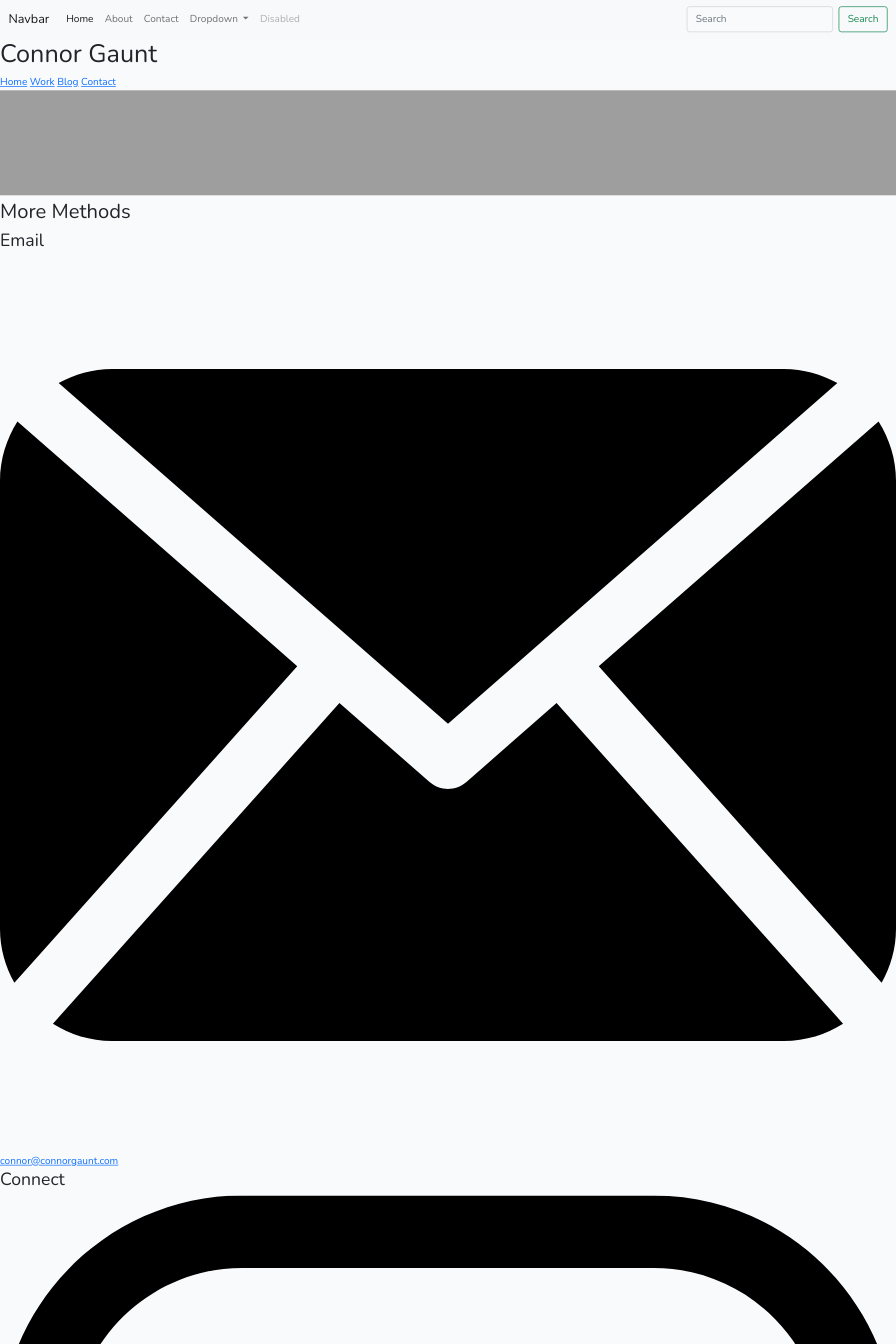
Repository: Aram5864/aaa
Page: http://localhost/contact
The author's editor kept a copy of each file at every save. The page is drawn from the files as they stood at one save, then again after the next save.
The browser window is 1280 px wide. The pictures show the part of the page from y = 0 to 1920 px (the page is 6286 px tall before and 6212 px after), at 70% of full size.
Pictures or frames that could not be fetched are drawn as grey boxes. The page is served by the project's Laravel application, run on PHP 8.4 with Laravel 8.

Above is the page before, as saved 2022-04-04 11:41:46.

After the next save:
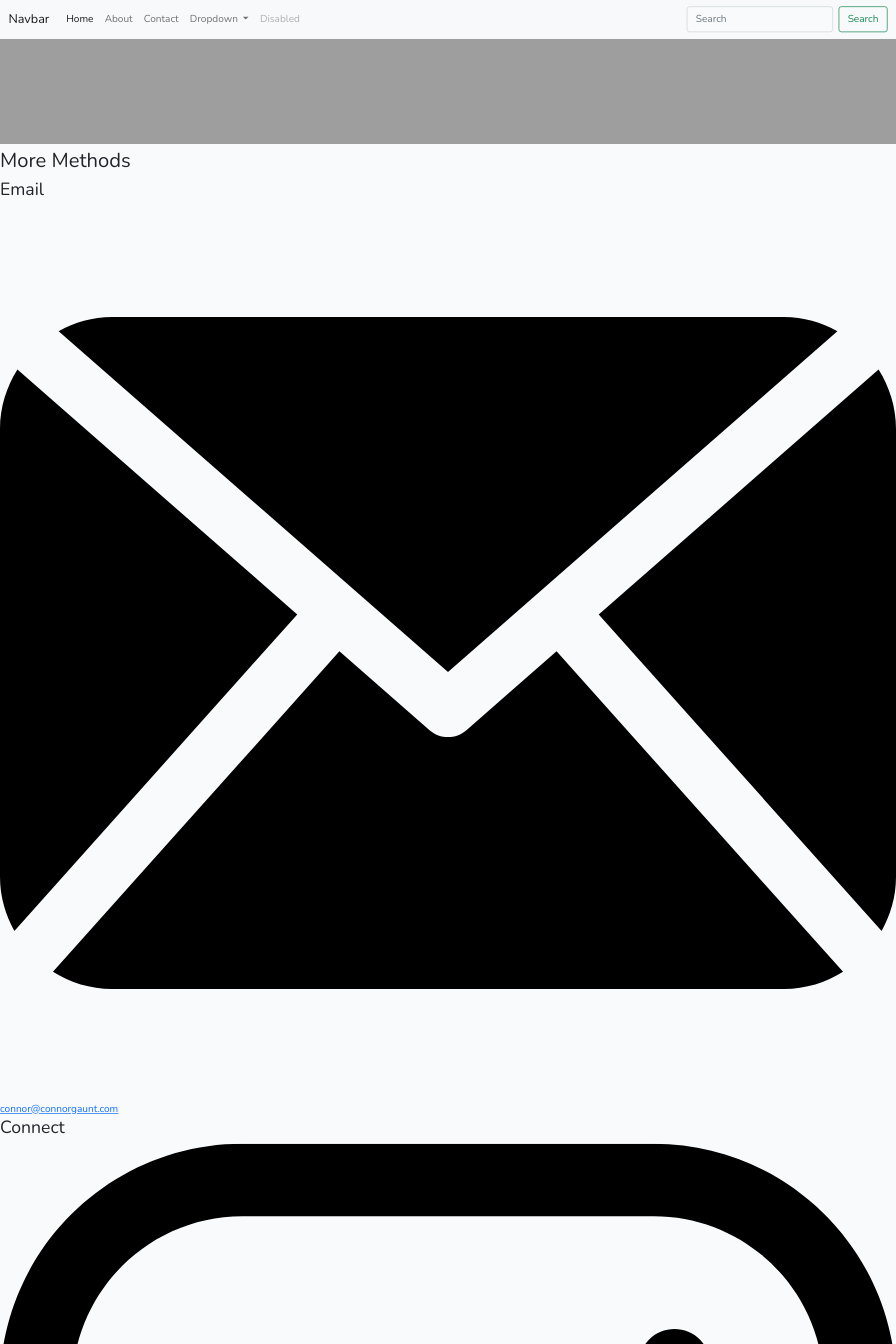
Saved 43 s later.
--- a/resources/views/contact.blade.php
+++ b/resources/views/contact.blade.php
@@ -5,15 +5,7 @@
 @endsection
 
 @section('content')
-    <nav id="nav" class="s">
-        <div class="wrapper">
-            <h1>Connor Gaunt</h1>
-            <div class="hamburger" id="ham"> <span class="lettuce slice"></span> <span class="cheese slice"></span>
-                <span class="beef slice"></span> </div>
-            <div class="linkWrapper"> <a href="#">Home</a> <a href="#">Work</a> <a href="#">Blog</a> <a href="#"
-                    class="active">Contact</a> </div>
-        </div>
-    </nav>
+
     <div class="map"> <iframe src="https://snazzymaps.com/embed/2369" width="100%" height="100%"
             style="border:none;"></iframe>
     </div>
